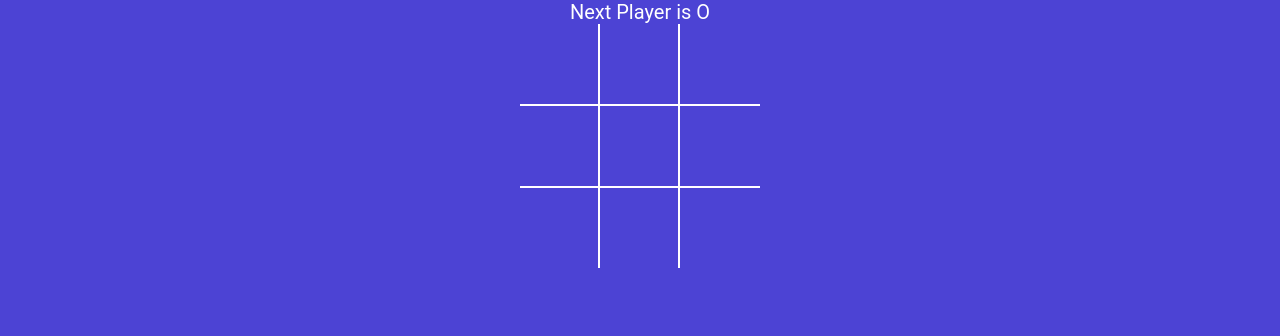
Repository: NoobAjay/tictactoe-game
Page: /
These files come from the project's save history. The page is drawn as it stood at one moment and after the next save; the edit follows.
The browser window is 1280 px wide. The pictures show the whole page.
The project was rebuilt for these pictures with package versions that can differ from the ones it lists, and the page was loaded fresh each time. Also part of the build but not shown: vite.config.js.

Above is the page before, as saved 2023-03-22 12:15:23.

### src/App.jsx
import './styles.scss';
import { useState } from 'react';
import Board from './components/Board';
import { calculateWinner } from './winner';
import StatusMessage from './components/StatusMessage';

function App() {
  const [squares, setSquares] = useState(Array(9).fill(null));
  const [isXNext, setIsXNext] = useState(false);

  const winner = calculateWinner(squares);

  const handleSquareClick = clickedPosition => {
    if (squares[clickedPosition] || winner) {
      return;
    }
    setSquares(currentSquares => {
      return currentSquares.map((squareValue, position) => {
        if (clickedPosition === position) {
          return isXNext ? 'X' : '0';
        }
        return squareValue;
      });
    });

    setIsXNext(currentIsXNext => !currentIsXNext);
  };

  return (
    <div className="app">
      <StatusMessage winner={winner} isXNext={isXNext} squares={squares} />
      <Board squares={squares} handleSquareClick={handleSquareClick} />
    </div>
  );
}

export default App;

### src/components/Board.jsx
import React from 'react';
import Square from './Square';

const Board = ({ squares, handleSquareClick }) => {
  const renderSquare = position => {
    return (
      <Square
        value={squares[position]}
        onClick={() => handleSquareClick(position)}
      />
    );
  };
  return (
    <div className="board">
      <div className="board-row">
        {renderSquare(0)}
        {renderSquare(1)}
        {renderSquare(2)}
      </div>
      <div className="board-row">
        {renderSquare(3)}
        {renderSquare(4)}
        {renderSquare(5)}
      </div>
      <div className="board-row">
        {renderSquare(6)}
        {renderSquare(7)}
        {renderSquare(8)}
      </div>
    </div>
  );
};

export default Board;

### src/components/StatusMessage.jsx
import React from 'react';

const StatusMessage = ({ winner, isXNext, squares }) => {
  const noMovesLeft = squares.every(squareValue => squareValue !== null);
  const nextPlayer = isXNext ? 'X' : 'O';

  const renderStatusMessage = () => {
    if (winner) {
      return <div>Winner is {winner}</div>;
    }
    if (!winner && noMovesLeft) {
      return <div> O and X tied</div>;
    }
    if (!winner && !noMovesLeft) {
      return <div>Next Player is {nextPlayer}</div>;
    }
    return null;
  };

  return <div>{renderStatusMessage()}</div>;
};

export default StatusMessage;

Loaded but not shown: index.html (common file); src/main.jsx (common file); src/styles.scss (common file); src/winner.js (common file); src/components/Square.jsx (common file)

After the next save:
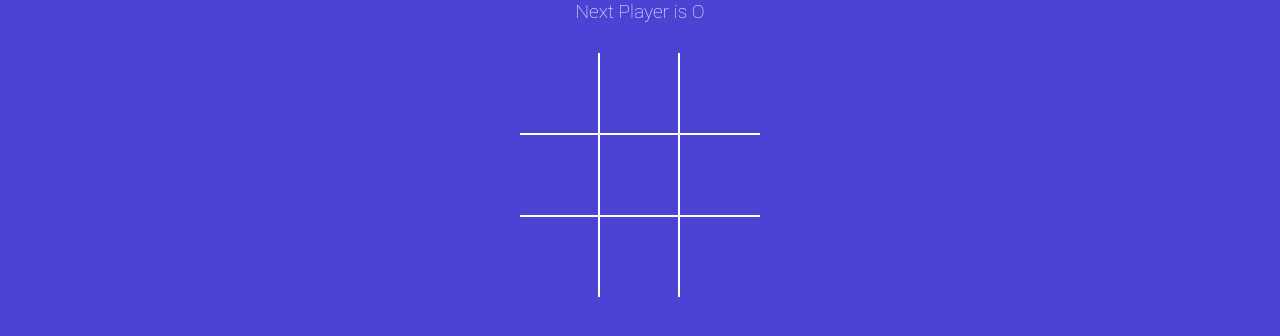
Saved 98 s later.
--- a/src/components/StatusMessage.jsx
+++ b/src/components/StatusMessage.jsx
@@ -17,7 +17,7 @@ const StatusMessage = ({ winner, isXNext, squares }) => {
     return null;
   };
 
-  return <div>{renderStatusMessage()}</div>;
+  return <div className="status-message">{renderStatusMessage()}</div>;
 };
 
 export default StatusMessage;
